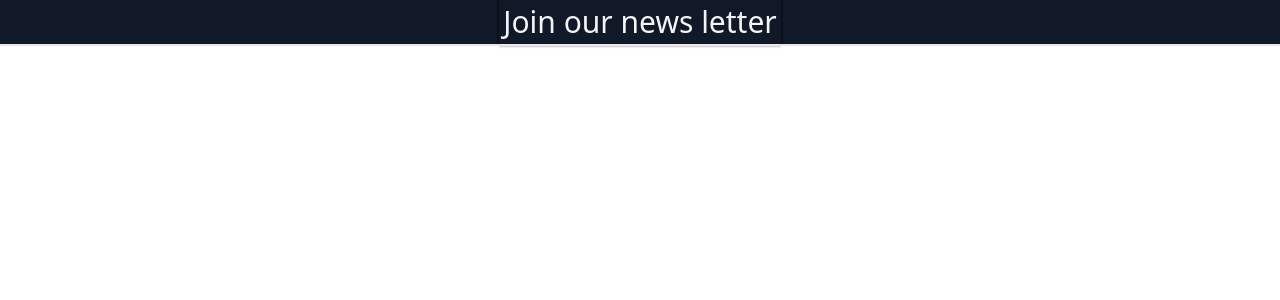
Repository: kenyi-mic/Luka_blog
Page: /footer
An editor plug-in stored every save of this project. The page is shown before and after the next save, followed by the edit.
The browser window is 1280 px wide. The pictures show the whole page.
The project was rebuilt for these pictures with package versions that can differ from the ones it lists, and the page was loaded fresh each time. The framework's server and built-in components were replaced by stand-ins that run in the browser. Also part of the build but not shown: next.config.js.

Above is the page before, as saved 2022-04-18 15:02:59.

### pages/footer.tsx
import React from 'react'

function Footer() {
  return (
    <div className="bg-gray-900 w-full flex flex-col items-center">
        <h1 className="text-3xl shadow shadow-black p-1 text-gray-100">Join our news letter</h1>
        <hr className="w-full border bg-gray-200"/>
    </div>
  )
}

export default Footer

Loaded but not shown: pages/_app.tsx (common file); styles/globals.css (common file); tailwind.config.js (common file)

After the next save:
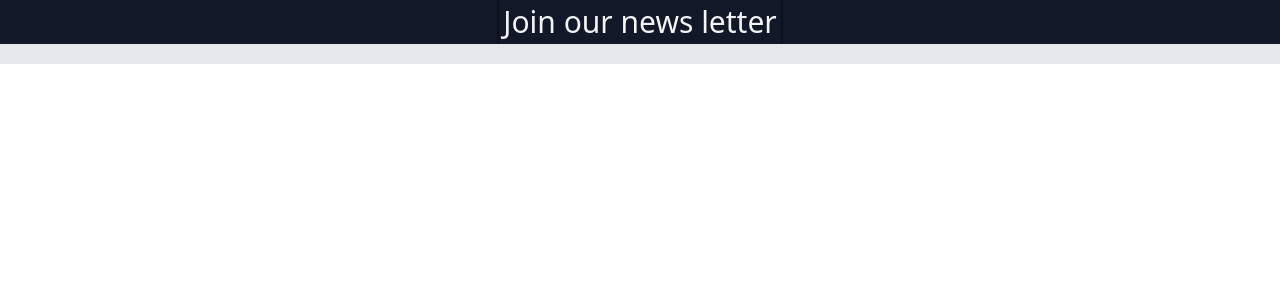
Saved 77 s later.
--- a/pages/footer.tsx
+++ b/pages/footer.tsx
@@ -4,7 +4,7 @@
   return (
     <div className="bg-gray-900 w-full flex flex-col items-center">
         <h1 className="text-3xl shadow shadow-black p-1 text-gray-100">Join our news letter</h1>
-        <hr className="w-full border bg-gray-200"/>
+        <hr className="w-full h-5 border bg-gray-200"/>
     </div>
   )
 }
